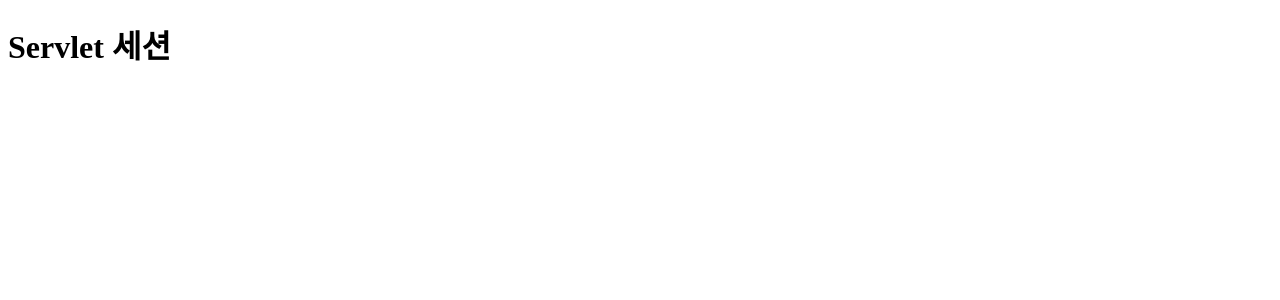
Repository: Chaenini/JSP
Page: http://localhost/Basic_JSP/seprac/login.jsp
The author's editor kept a copy of each file at every save. The page is drawn from the files as they stood at one save, then again after the next save.
The browser window is 1280 px wide. The pictures show the whole page.
The page is served by Tomcat 9.

Above is the page before, as saved 2019-10-18 02:49:00.

After the next save:
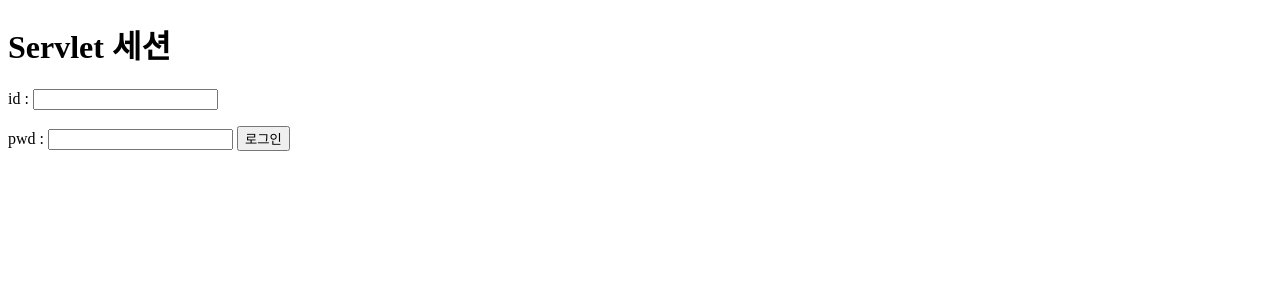
Saved 70 s later.
--- a/JSP/Basic_JSP/WebContent/seprac/login.jsp
+++ b/JSP/Basic_JSP/WebContent/seprac/login.jsp
@@ -17,7 +17,13 @@
 	<%=id %>님 반갑습니다.<p>
 	<%
 		}
-
+		else {
 	%>
+	<form method = "post" action = "LoginServlet">
+	id : <input name = "id"><p>
+	pwd : <input type = "password" name = "pwd">
+	<input type = "submit" value = "로그인">
+	</form>
+	<%} %>
 </body>
 </html>
